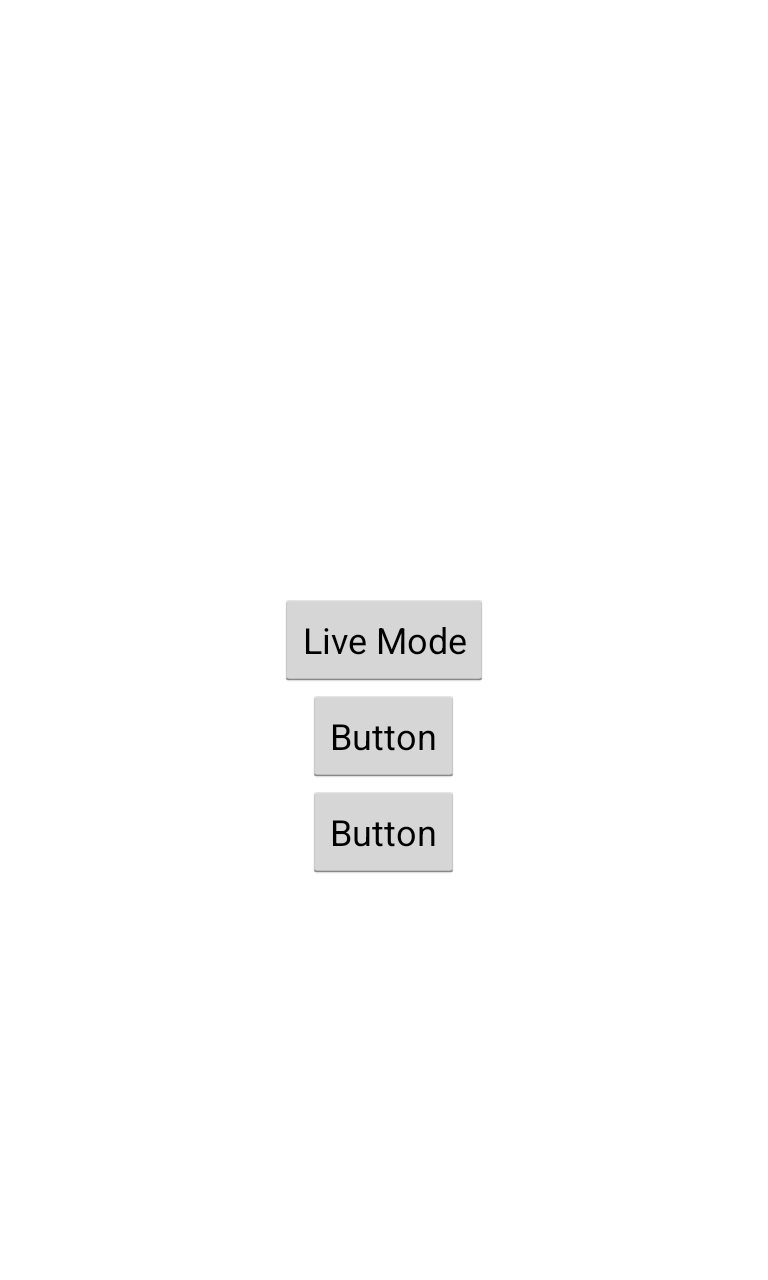
Repository: renatovieira/tcc2013
Layout: TCC/res/layout/activity_filter.xml
These files come from the project's save history. The layout is drawn as it stood at one moment and after the next save; the edit follows.
It is drawn on a 768 x 1280 px phone screen (xhdpi) without system bars, with theme AppTheme; the app's code is not run.

Above is the layout before, as saved 2013-07-21 19:49:00.

After the next save:
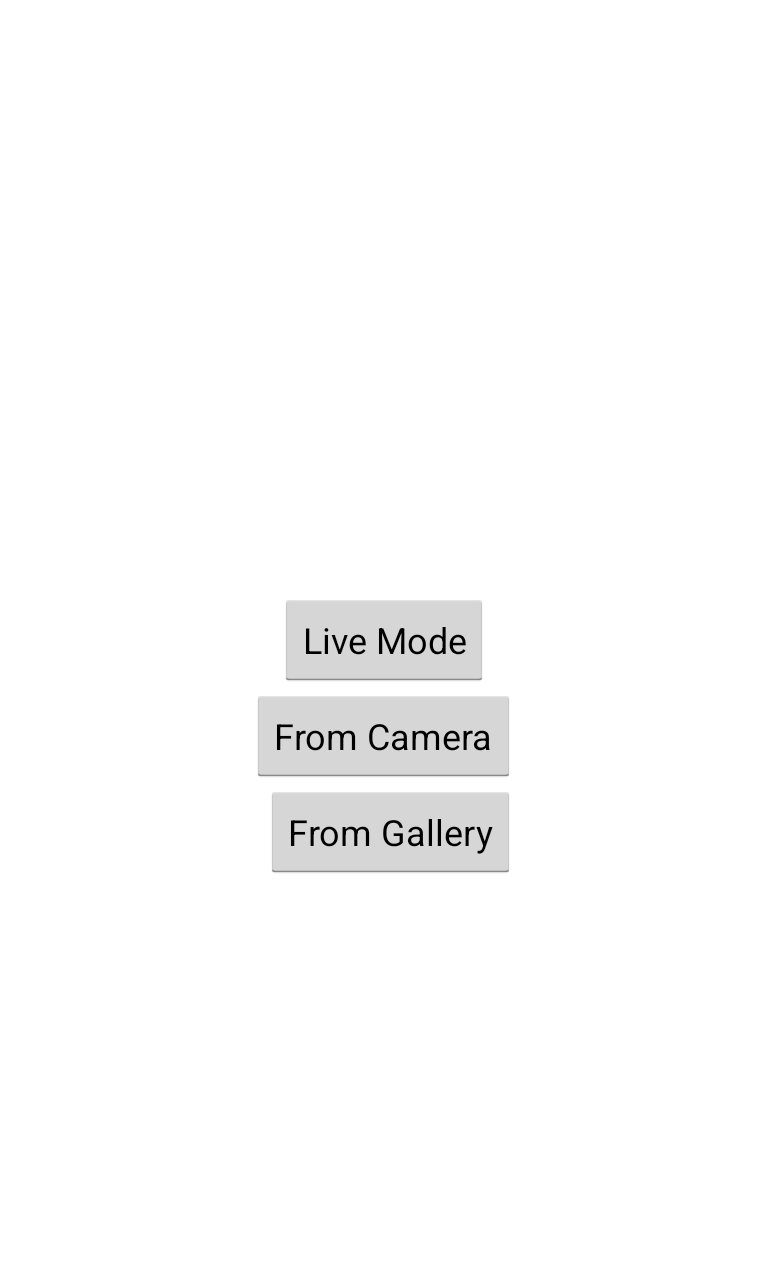
Saved 21 s later.
--- a/TCC/res/layout/activity_filter.xml
+++ b/TCC/res/layout/activity_filter.xml
@@ -22,7 +22,7 @@
         android:layout_height="wrap_content"
         android:layout_alignRight="@+id/cameraModeButton"
         android:layout_below="@+id/cameraModeButton"
-        android:text="Button" />
+        android:text="@string/from_gallery" />
 
     <Button
         android:id="@+id/cameraModeButton"
@@ -30,6 +30,6 @@
         android:layout_height="wrap_content"
         android:layout_below="@+id/liveModeButton"
         android:layout_centerHorizontal="true"
-        android:text="Button" />
+        android:text="@string/from_camera" />
 
 </RelativeLayout>
